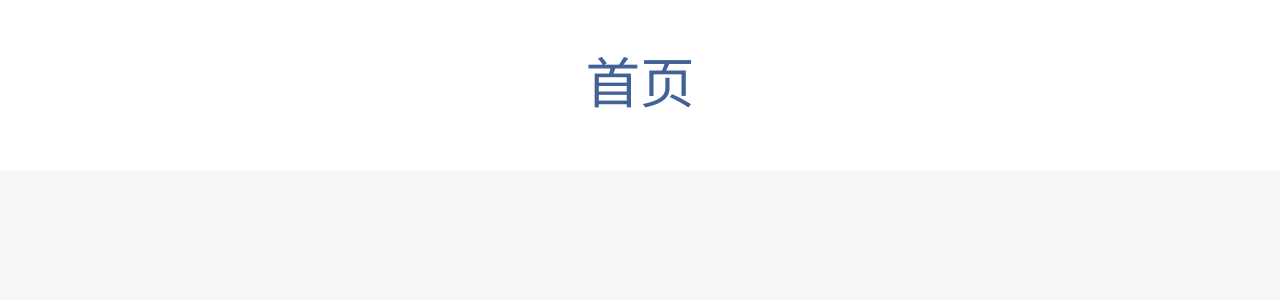
Repository: 421538074/sell
Page: consumer/home.html
An editor plug-in stored every save of this project. The page is shown before and after the next save, followed by the edit.
The browser window is 1280 px wide. The pictures show the whole page.

Above is the page before, as saved 2019-05-31 16:15:27.

After the next save:
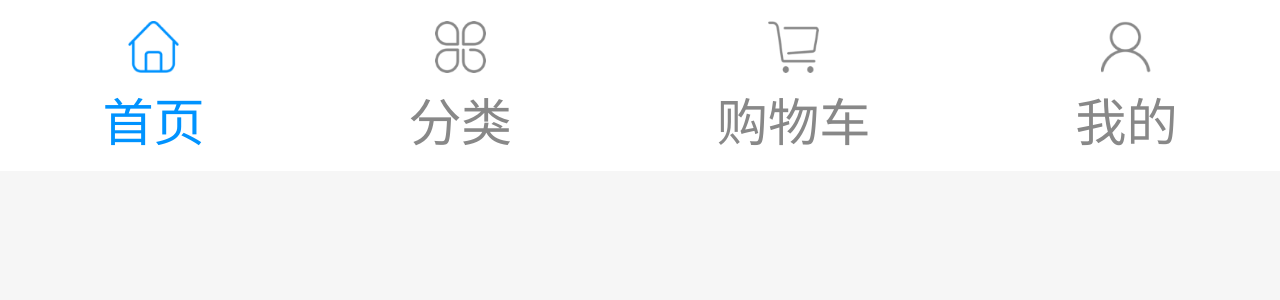
Saved 44 s later.
--- a/consumer/home.html
+++ b/consumer/home.html
@@ -13,9 +13,9 @@
 
 <body>
     <div id="app" class="content">
-        <nav class="nav-bar-wrapper">
+        <!-- <nav class="nav-bar-wrapper">
             <p class="nav-bar-title">首页</p>
-        </nav>
+        </nav> -->
         <nav class="tool-bar-wrapper">
             <a href="javascript:;" class="nav-item active">
                 <img src="../img/home-active.png" class="nav-item-icon">
